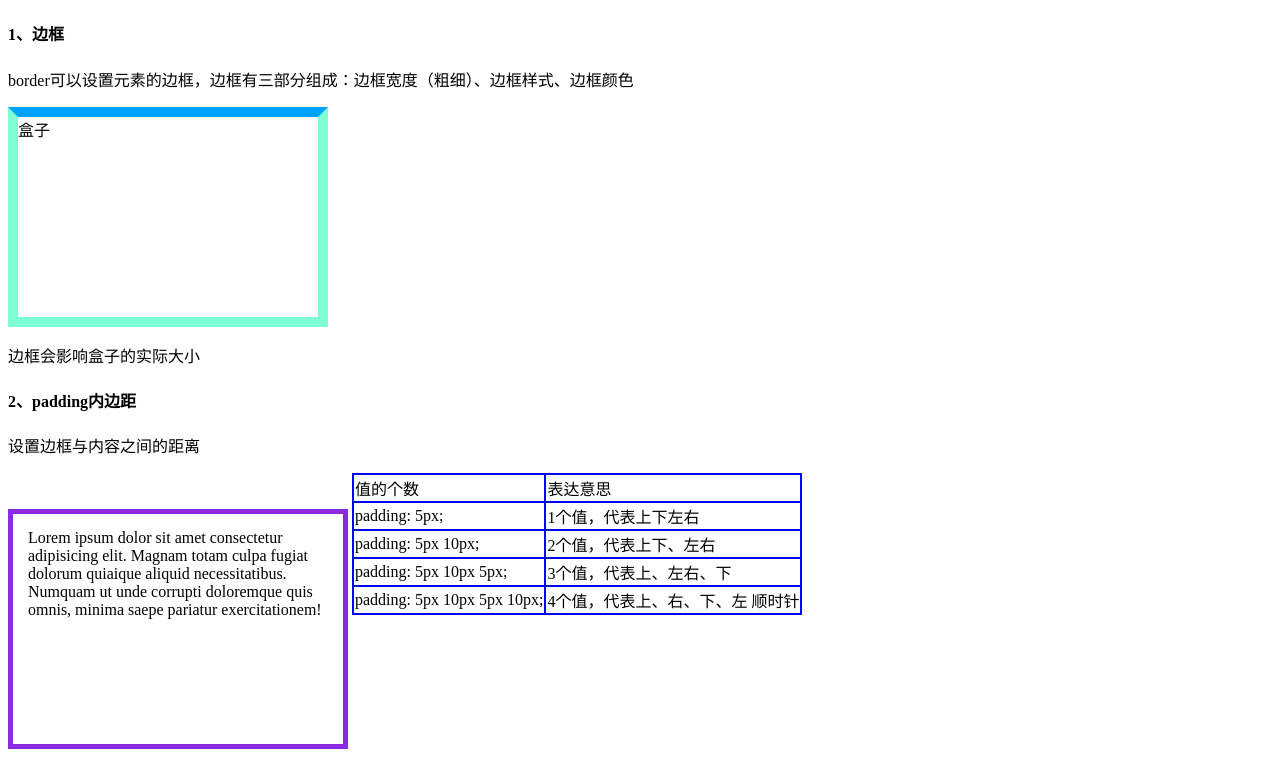
Repository: zhengdeya/web-based
Page: 27-盒子模型.html
An editor plug-in stored every save of this project. The page is shown before and after the next save, followed by the edit.
The browser window is 1280 px wide. The pictures show the whole page.

Above is the page before, as saved 2021-04-09 16:32:51.

After the next save:
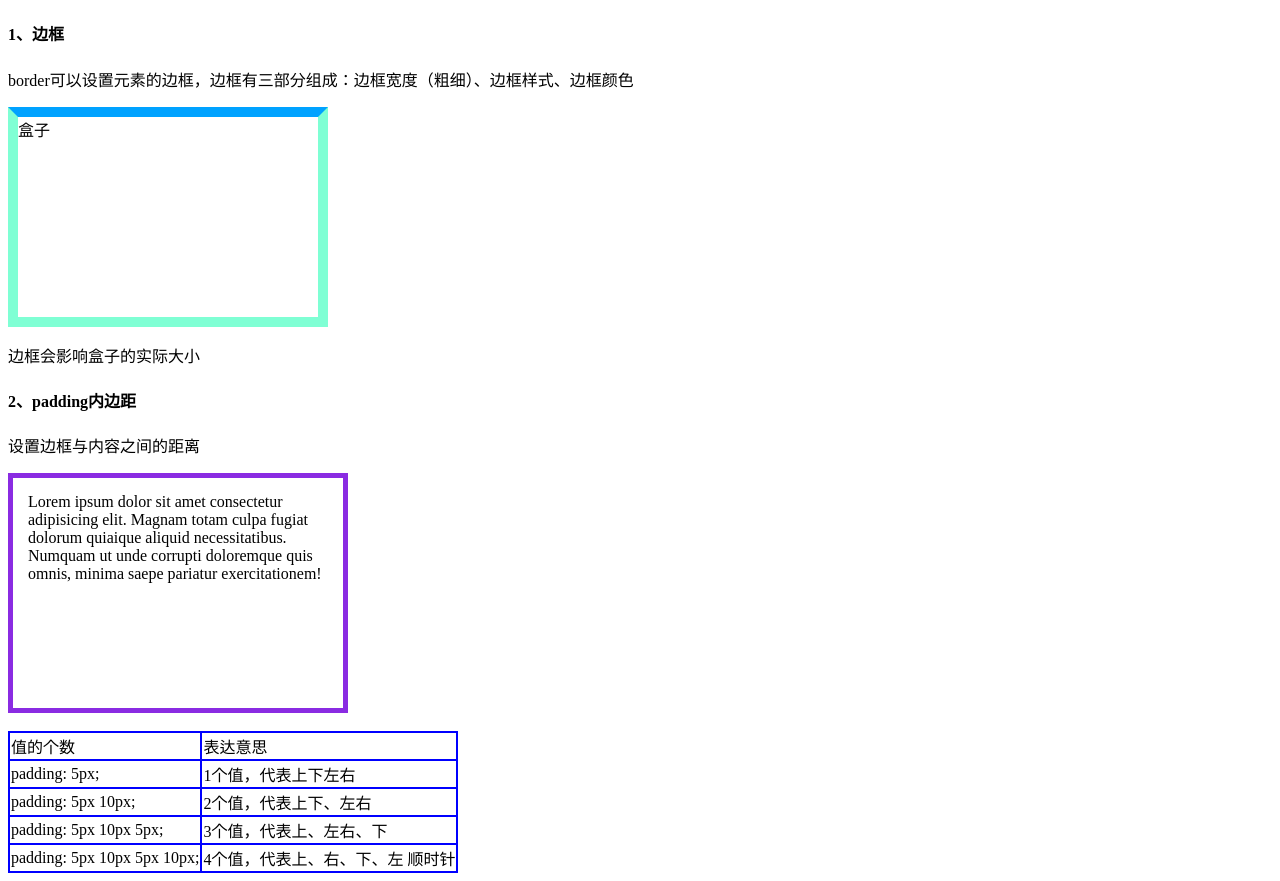
Saved 26 s later.
--- a/27-盒子模型.html
+++ b/27-盒子模型.html
@@ -13,9 +13,7 @@
 
         }
 
-        .inlinebox {
-            display: inline-block;
-        }
+
 
         .border1 {
             /* 边框粗细 一般用 px 做单位*/
@@ -61,13 +59,14 @@
 
     <h4>2、padding内边距</h4>
     <p>设置边框与内容之间的距离</p>
-    <div class="box border2 padding1 inlinebox">Lorem ipsum dolor sit amet consectetur adipisicing elit. Magnam totam
+    <div class="box border2 padding1">Lorem ipsum dolor sit amet consectetur adipisicing elit. Magnam totam
         culpa fugiat
         dolorum
         quiaique aliquid
         necessitatibus. Numquam ut
         unde corrupti doloremque quis omnis, minima saepe pariatur exercitationem!</div>
-    <table class="inlinebox" cellspacing="0">
+    <br>
+    <table cellspacing="0">
         <thead>
             <tr>
                 <td>值的个数</td>
